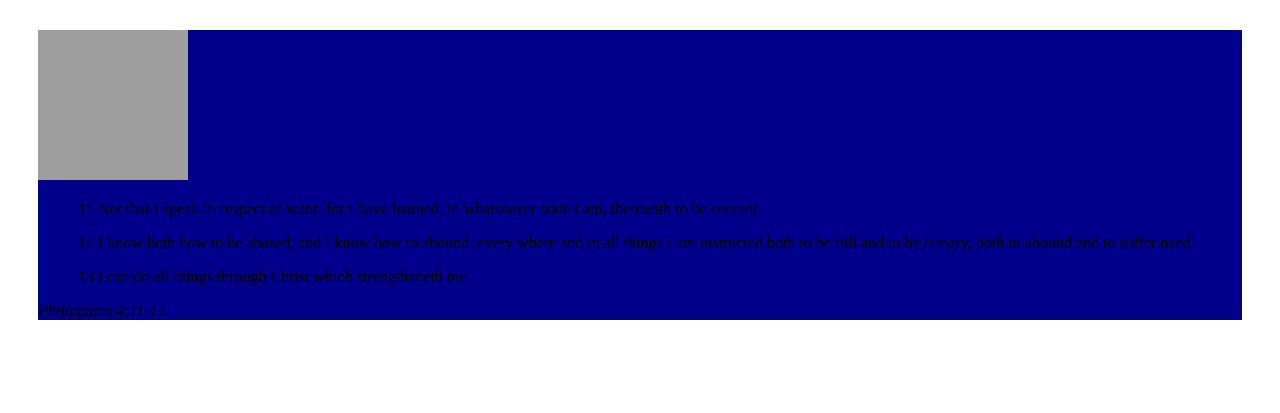
Repository: isaAJ05/wdd130
Page: week02/box-model.html
An editor plug-in stored every save of this project. The page is shown before and after a run of saves, followed by the edit.
The browser window is 1280 px wide. The pictures show the whole page.
Pictures or frames that could not be fetched are drawn as grey boxes.

Above is the page before, as saved 2025-05-15 00:17:57.

After the next 2 saves:
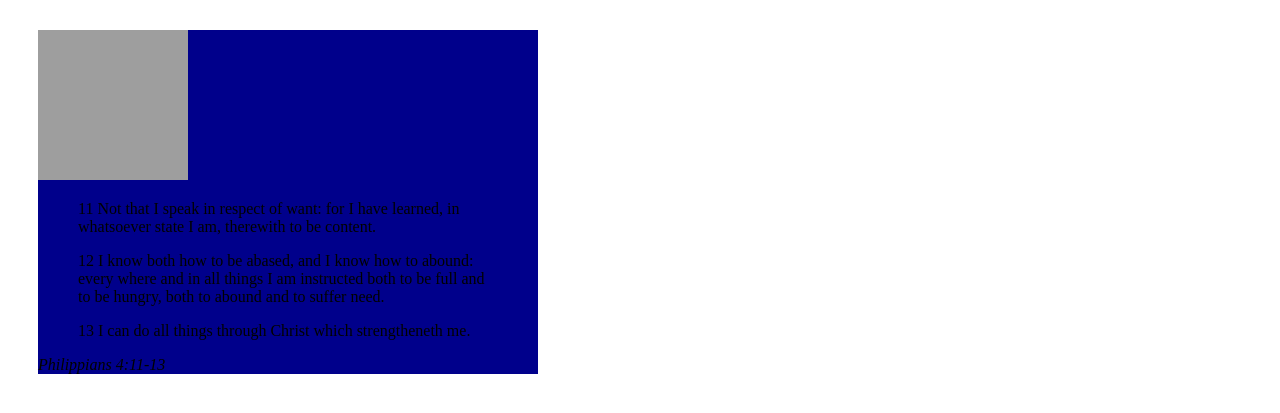
The 2 saves are shown as one change because they came seconds apart.
The last was saved 6 s later.
--- a/week02/styles/box-model.css
+++ b/week02/styles/box-model.css
@@ -1,5 +1,5 @@
 .callout {
-    max : 500px;
+    max-width : 500px;
     margin: 30px;
     border: ;
     padding: ;
